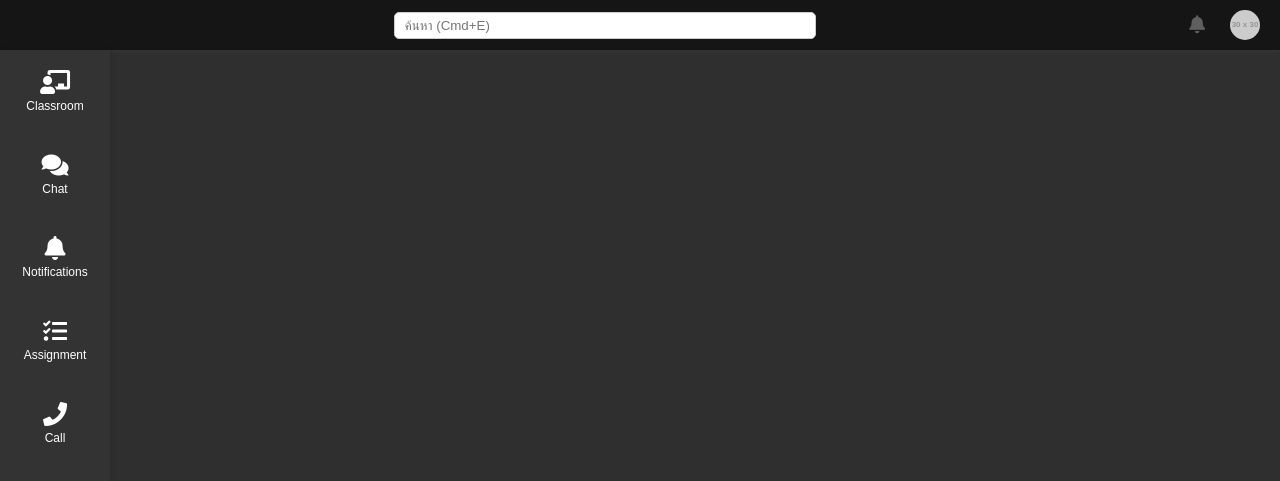
Repository: praifas16/ProPro
Page: docs/studenthead.html
An editor plug-in stored every save of this project. The page is shown before and after the next save, followed by the edit.
The browser window is 1280 px wide. The pictures show the whole page.

Above is the page before, as saved 2024-08-21 20:57:41.

### docs/studenthead.html
<!DOCTYPE html>
<html lang="th">
  <head>
    <link rel="stylesheet" href="https://cdnjs.cloudflare.com/ajax/libs/font-awesome/5.15.4/css/all.min.css">
    <meta charset="UTF-8" />
    <meta name="viewport" content="width=device-width, initial-scale=1.0" />
    <title>My Dashboard</title>
    <style>
      body {
        font-family: Arial, sans-serif;
        margin: 0;
        padding: 0;
        background-color: #2f2f2f;
        display: flex;
        flex-direction: column;
        height: 100vh;
      }

      /* แถบเมนูด้านบน */
      .topbar {
        background-color: #151515;
        padding: 10px 20px;
        display: flex;
        align-items: center;
        justify-content: space-between;
        box-shadow: 0px 2px 4px rgba(113, 113, 113, 0.1);
      }

      .topbar .search-bar {
        flex-grow: 1;
        display: flex;
        justify-content: center;
      }

      .topbar .search-bar input {
        width: 400px;
        padding: 5px 10px;
        border-radius: 5px;
        border: 1px solid #ccc;
        background-color: #fff;
        color: #333;
      }

      .topbar .user-section {
        display: flex;
        align-items: center;
      }

      .topbar .user-section img {
        width: 30px;
        height: 30px;
        border-radius: 50%;
        margin-left: 10px;
      }

      .topbar .user-section .notification {
        margin-right: 15px;
        position: relative;
        font-size: 18px;
        color: #5f5f5f;
        cursor: pointer;
      }

      /* เมนูแถบข้าง */
      .sidebar {
        width: 70px;
        background-color: #333;
        color: white;
        height: calc(100vh - 60px); /* Adjusted to take into account the topbar height */
        padding: 20px 20px;
        box-shadow: 2px 0 5px rgba(0, 0, 0, 0.1);
        display: flex;
        flex-direction: column;
        align-items: center;
      }

      .menu-items {
        margin-top: -10px; /* ขยับเมนูขึ้นไปด้านบน */
      }

      .sidebar a {
        display: flex;
        flex-direction: column;
        align-items: center;
        color: white;
        padding: 10px;
        text-decoration: none;
        margin-bottom: 20px;
        font-size: 12px;
        text-align: center;
      }

      .sidebar a:hover {
        background-color: #5f5f5f;
        border-radius: 4px;
        width: 80%;
        text-align: center;
      }

      .sidebar i {
        font-size: 24px;
        margin-bottom: 5px;
      }

      .card {
        background-color: #ffffff;
        border-radius: 10px;
        box-shadow: 0 4px 6px rgba(0, 0, 0, 0.1);
        text-align: center;
        padding: 20px;
        transition: transform 0.3s;
      }

      .card:hover {
        transform: scale(1.05);
      }

      .card img {
        width: 50px;
        height: 50px;
        margin-bottom: 10px;
      }

      .card p {
        margin: 0;
        font-size: 16px;
      }
    </style>
  </head>
  <body>
    <!-- แถบเมนูด้านบน -->
    <div class="topbar">
      <div class="search-bar">
        <input type="text" placeholder="ค้นหา (Cmd+E)" />
      </div>
      <div class="user-section">
        <div class="notification">
          <i class="fa fa-bell"></i>
        </div>
        <img src="https://via.placeholder.com/30" alt="User Avatar" />
      </div>
    </div>

    <!-- เมนูแถบข้าง -->
    <div class="sidebar">
      <div class="menu-items">
        <a href="#"
          ><i class="fa fa-chalkboard-teacher"></i><span>Classroom</span></a
        >
        <a href="#"><i class="fa fa-comments"></i><span>Chat</span></a>
        <a href="#"><i class="fa fa-bell"></i><span>Notifications</span></a>
        <a href="#"><i class="fa fa-tasks"></i><span>Assignment</span></a>
        <a href="#"><i class="fa fa-phone"></i><span>Call</span></a>
      </div>
    </div>
  </body>
</html>

After the next save:
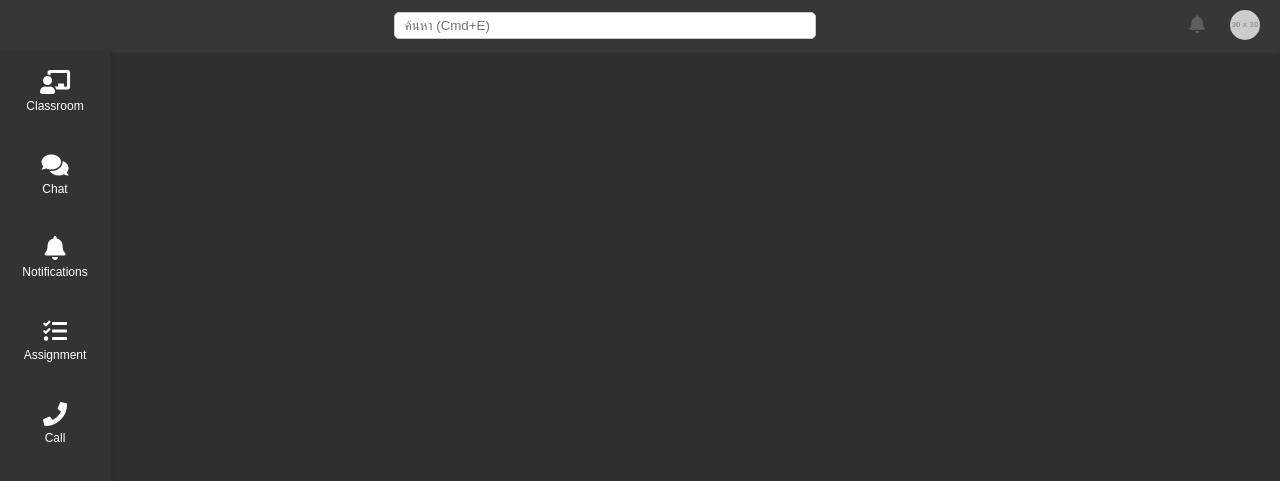
Saved 30 s later.
--- a/docs/studenthead.html
+++ b/docs/studenthead.html
@@ -18,12 +18,12 @@
 
       /* แถบเมนูด้านบน */
       .topbar {
-        background-color: #151515;
+        background-color: #373737;
         padding: 10px 20px;
         display: flex;
         align-items: center;
         justify-content: space-between;
-        box-shadow: 0px 2px 4px rgba(113, 113, 113, 0.1);
+        box-shadow: 0px 2px 4px rgba(177, 177, 177, 0.1);
       }
 
       .topbar .search-bar {
